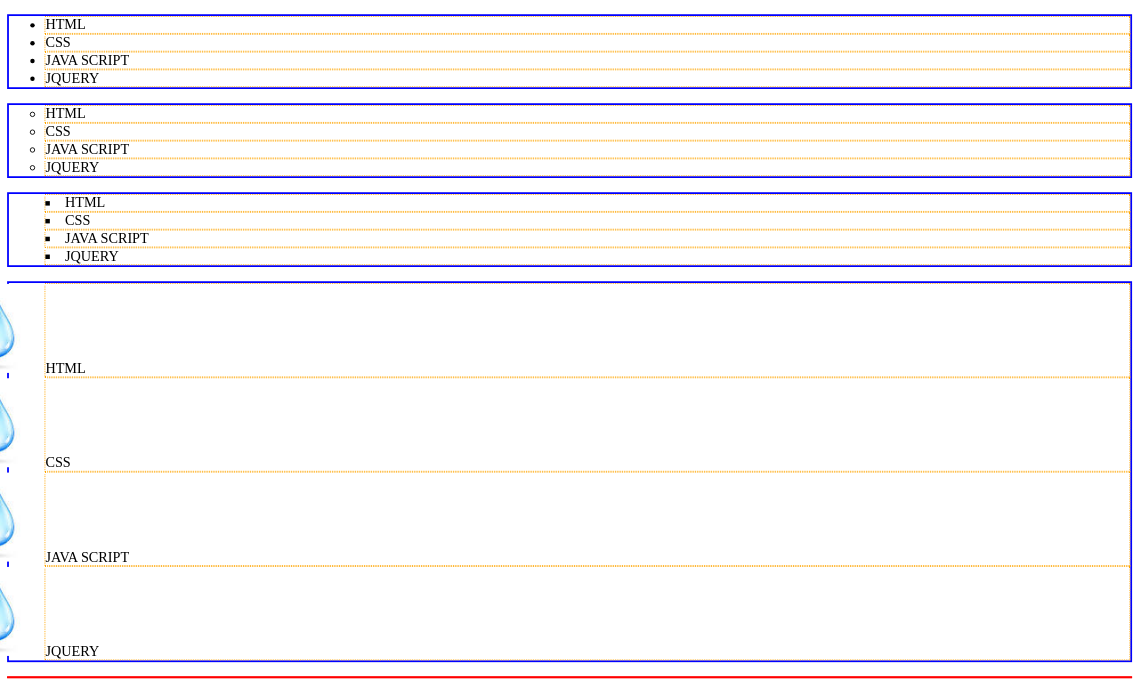
Repository: solsol7/ddit-html
Page: webpro/WebContent/0621/리스트1.html
An editor plug-in stored every save of this project. The page is shown before and after the next save, followed by the edit.
The browser window is 1280 px wide. The pictures show the whole page, at 89% of full size.

Above is the page before, as saved 2023-06-21 07:42:47.

After the next save:
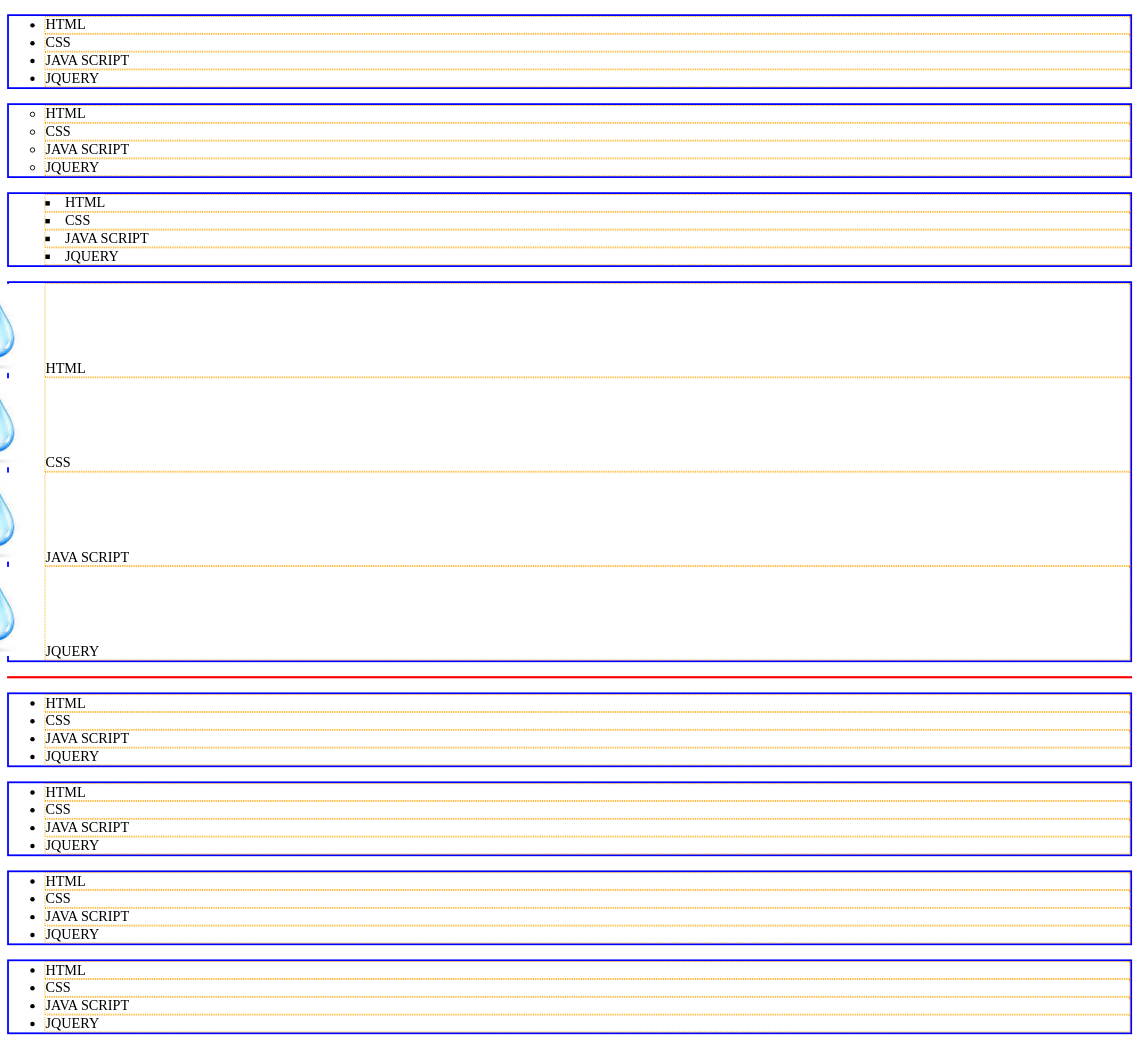
Saved 90 s later.
--- a/webpro/WebContent/0621/리스트1.html
+++ b/webpro/WebContent/0621/리스트1.html
@@ -70,6 +70,33 @@ li{
 
    <hr color="red">
 
+   <ul class="lay"">
+      <li>HTML</li>
+      <li>CSS</li>
+      <li>JAVA SCRIPT</li>
+      <li>JQUERY</li>
+   </ul>
+
+   <ul class="lay">
+      <li>HTML</li>
+      <li>CSS</li>
+      <li>JAVA SCRIPT</li>
+      <li>JQUERY</li>
+   </ul>
+
+   <ul class="lay">
+      <li>HTML</li>
+      <li>CSS</li>
+      <li>JAVA SCRIPT</li>
+      <li>JQUERY</li>
+   </ul>
+
+   <ul class="lay">
+      <li>HTML</li>
+      <li>CSS</li>
+      <li>JAVA SCRIPT</li>
+      <li>JQUERY</li>
+   </ul>
 
 
 </body>
